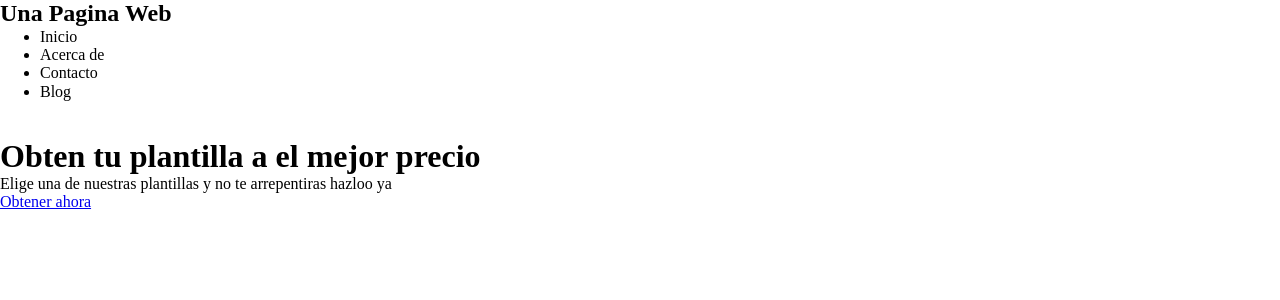
Repository: cega17/una-pagina-web
Page: index.html
These files come from the project's save history. The page is drawn as it stood at one moment and after the next save; the edit follows.
The browser window is 1280 px wide. The pictures show the whole page.

Above is the page before, as saved 2023-10-28 04:20:02.

### index.html
<!DOCTYPE html>
<html lang="en">
<head>
    <meta charset="UTF-8">
    <meta http-equiv="X-UA-Compatible" content="IE=edge">
    <meta name="viewport" content="width=device-width, initial-scale=1.0">
    <title>Una pagina web</title>
    <link rel="stylesheet" href="./css/normalize.css">
    <link rel="stylesheet" href="./css/styles.css">
    <meta name="theme-color" content="#2091F9">

    <meta name="title" content="Obten la plantilla para tu negocio">
    <meta name="description"
        content="Hola, somos un equipo de desarrollo web que verás cuando busques algo de mi temática en Google.">
        <meta property="og:type" content="website">
    <meta property="og:url" content="Tu cueta donde este alojada la pagina web">

</head>
<body>

    <header class="hero">
        <nav class="nav container">
            <div class="nav__logo">
                <h2 class="nav__title">Una Pagina Web</h2>
            </div>

            <ul class="nav__links nav__link--menu">
                <li class="nav__items">Inicio</li>
                <li class="nav__items">Acerca de</li>
                <li class="nav__items">Contacto</li>
                <li class="nav__items">Blog</li>

                <img src="" alt="" class="nav__close">

            </ul>
            <div class="nav__menu">
                <img src="" alt="" class="nav__img">
            </div>
        </nav>

        <section class="hero__container container">
            <h1 class="hero__title">Obten tu plantilla a el mejor precio</h1>
            <p class="hero__paragrph">Elige una de nuestras plantillas y no te arrepentiras hazloo ya</p>
            <a href="#" class="cta">Obtener ahora</a>

        </section>

    </header>

</body>
</html>

Loaded but not shown: css/normalize.css (library); css/styles.css (no stored copy; drawn as an empty file)

After the next save:
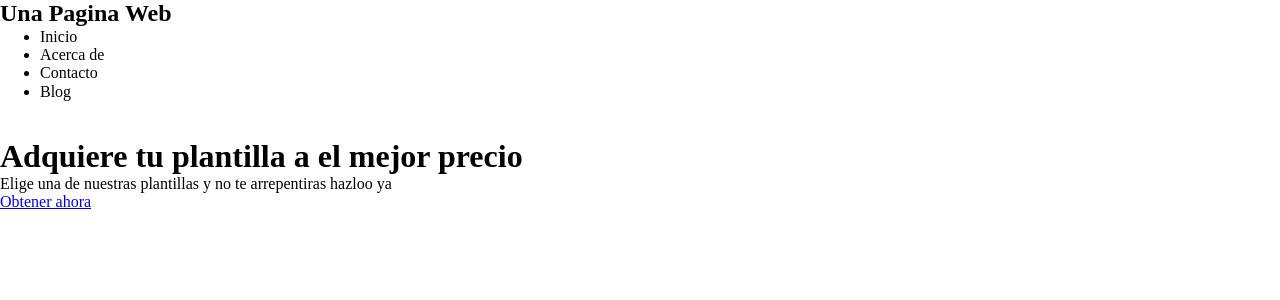
Saved 51 s later.
--- a/index.html
+++ b/index.html
@@ -39,7 +39,7 @@
         </nav>
 
         <section class="hero__container container">
-            <h1 class="hero__title">Obten tu plantilla a el mejor precio</h1>
+            <h1 class="hero__title">Adquiere tu plantilla a el mejor precio</h1>
             <p class="hero__paragrph">Elige una de nuestras plantillas y no te arrepentiras hazloo ya</p>
             <a href="#" class="cta">Obtener ahora</a>
 
